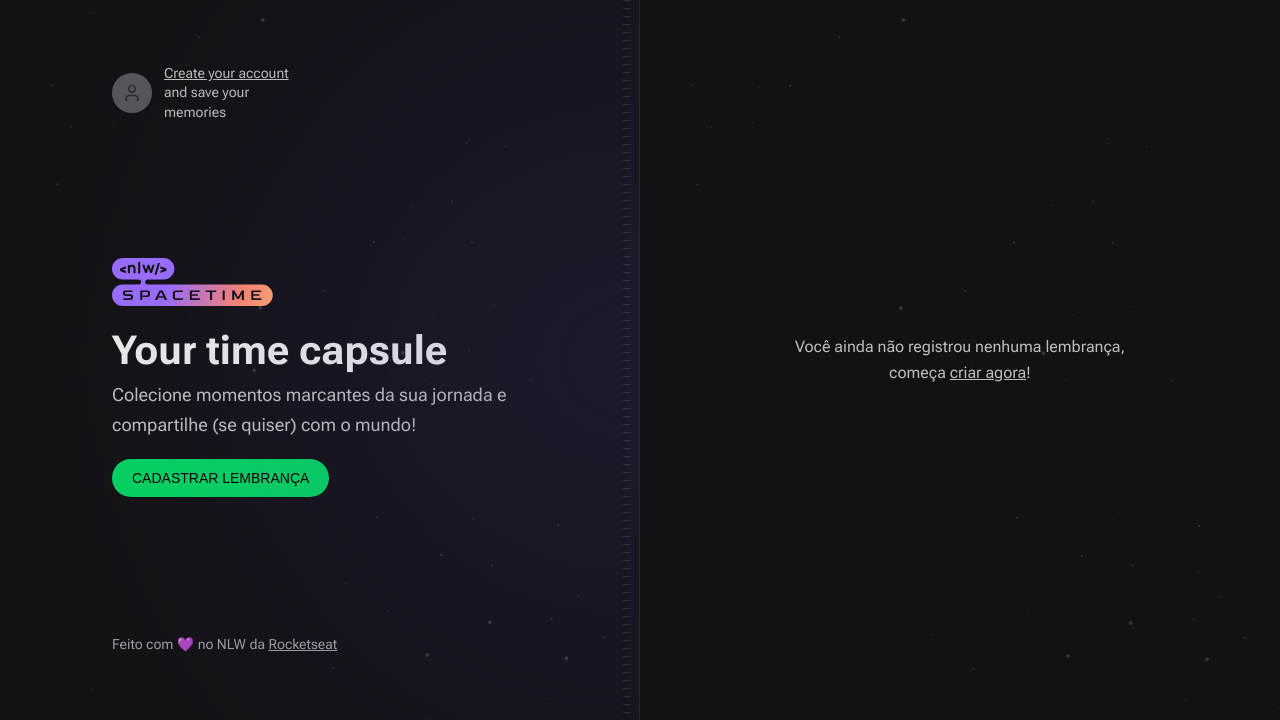
Repository: alexandrecpedro/spacetime
Page: / (app in frontend/)
These files come from the project's save history. The page is drawn as it stood at one moment and after the next save; the edit follows.
The browser window is 1280 px wide. The pictures show the whole page.
Some web fonts or font styles are not loaded; a fallback is used. The project was rebuilt for these pictures with package versions that can differ from the ones it lists, and the page was loaded fresh each time. The framework's server and built-in components were replaced by stand-ins that run in the browser. Also part of the build but not shown: frontend/next.config.js.

Above is the page before, as saved 2023-05-16 21:32:35.

### frontend/src/app/layout.tsx
import './globals.css'
import { ReactNode } from 'react'
import {
  Roboto_Flex as Roboto,
  Bai_Jamjuree as BaiJamjuree,
} from 'next/font/google'
import { NextFontWithVariable } from 'next/dist/compiled/@next/font'

const roboto: NextFontWithVariable = Roboto({
  subsets: ['latin'],
  variable: '--font-roboto',
})

const baiJamjuree: NextFontWithVariable = BaiJamjuree({
  subsets: ['latin'],
  weight: '700',
  variable: '--font-bai-jamjuree',
})

export const metadata = {
  title: 'NLW Spacetime',
  description:
    'A time capsule built with React, Next.js, TailwindCSS and Typescript.',
}

export default function RootLayout({ children }: { children: ReactNode }) {
  return (
    <html lang="en">
      <body
        className={`${roboto.variable} ${baiJamjuree.variable} bg-gray-900 font-sans text-gray-100`}
      >
        {children}
      </body>
    </html>
  )
}

### frontend/src/app/page.tsx
import { User } from 'lucide-react'

import nlwLogo from '../assets/nlw-spacetime-logo.svg'
import Image from 'next/image'

export default function Home() {
  return (
    <main className="grid min-h-screen grid-cols-2">
      {/* Left */}
      <div className="relative flex flex-col items-start justify-between overflow-hidden border-r border-white/10 bg-[url(../assets/bg-stars.svg)] bg-cover px-28 py-16">
        {/* Blur */}
        <div className="absolute right-0 top-1/2 h-[288px] w-[526px] -translate-y-1/2 translate-x-1/2 rounded-full bg-purple-700 opacity-50 blur-full" />

        {/* Stripes */}
        <div className="absolute bottom-0 right-2 top-0 w-2 bg-stripes" />

        {/* Sign In */}
        <a
          href=""
          className="flex items-center gap-3 text-left transition-colors hover:text-gray-50"
        >
          <div className="flex h-10 w-10 items-center justify-center rounded-full bg-gray-400">
            <User className="h-5 w-5 text-gray-500" />
          </div>

          <p className="max-w-[140px] text-sm leading-snug">
            <span className="underline">Create your account</span> and save your
            memories
          </p>
        </a>

        {/* Hero */}
        <div className="space-y-5">
          <Image src={nlwLogo} alt="NLW Spacetime" />

          <div className="max-w-[420px] space-y-1">
            <h1 className="text-5xl font-bold leading-tight text-gray-50">
              Your time capsule
            </h1>
            <p className="text-lg leading-relaxed">
              Colecione momentos marcantes da sua jornada e compartilhe (se
              quiser) com o mundo!
            </p>
          </div>

          <a
            className="inline-block rounded-full bg-green-500 px-5 py-3 font-alt text-sm uppercase leading-none text-black hover:bg-green-600"
            href=""
          >
            CADASTRAR LEMBRANÇA
          </a>
        </div>

        {/* Copyright */}
        <div className="text-sm leading-relaxed text-gray-200">
          Feito com 💜 no NLW da{' '}
          <a
            target="_blank"
            rel="noreferrer"
            className="underline hover:text-gray-100"
            href="https://rocketseat.com.br"
          >
            Rocketseat
          </a>
        </div>
      </div>

      {/* Right */}
      <div className="flex flex-col bg-[url(../assets/bg-stars.svg)] bg-cover p-16">
        <div className="flex flex-1 items-center justify-center">
          <p className="w-[360px] text-center leading-relaxed">
            Você ainda não registrou nenhuma lembrança, começa{' '}
            <a href="" className="underline hover:text-gray-50">
              criar agora
            </a>
            !
          </p>
        </div>
      </div>
    </main>
  )
}

Loaded but not shown: frontend/src/app/globals.css (common file); frontend/tailwind.config.js (common file)

After the next save:
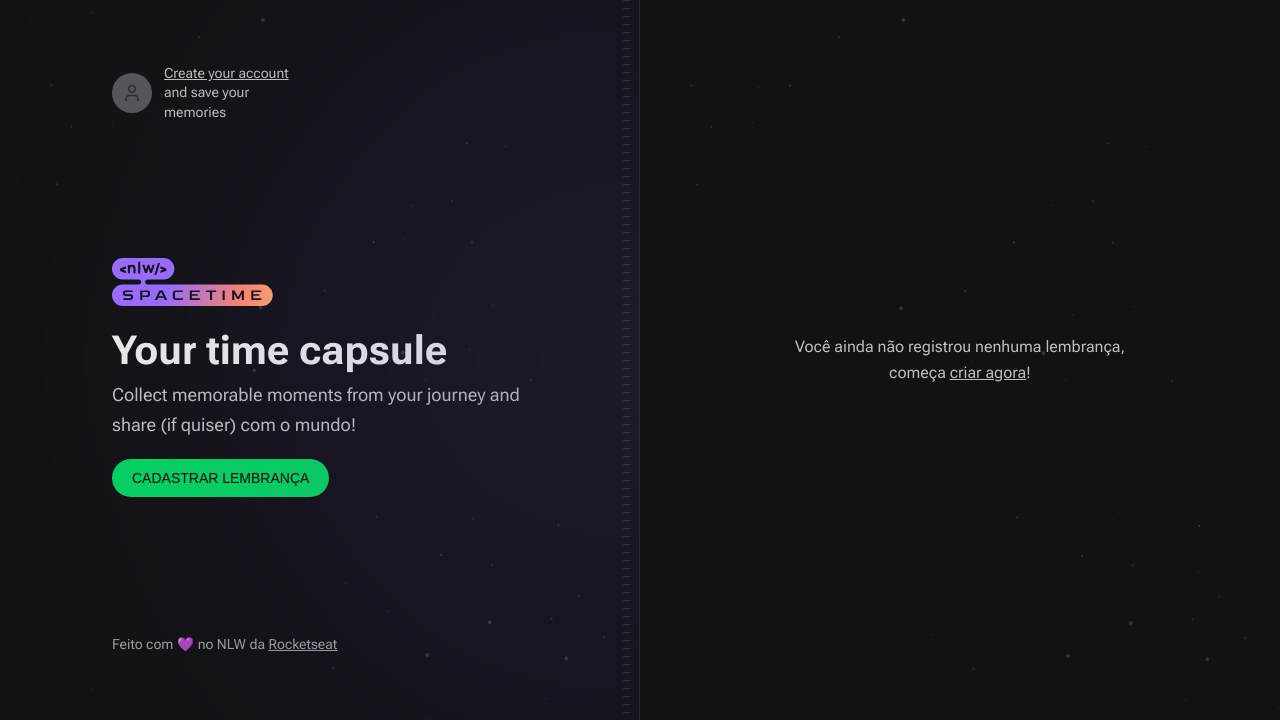
Saved 34 s later.
--- a/frontend/src/app/page.tsx
+++ b/frontend/src/app/page.tsx
@@ -38,7 +38,7 @@ export default function Home() {
               Your time capsule
             </h1>
             <p className="text-lg leading-relaxed">
-              Colecione momentos marcantes da sua jornada e compartilhe (se
+            Collect memorable moments from your journey and share (if
               quiser) com o mundo!
             </p>
           </div>
